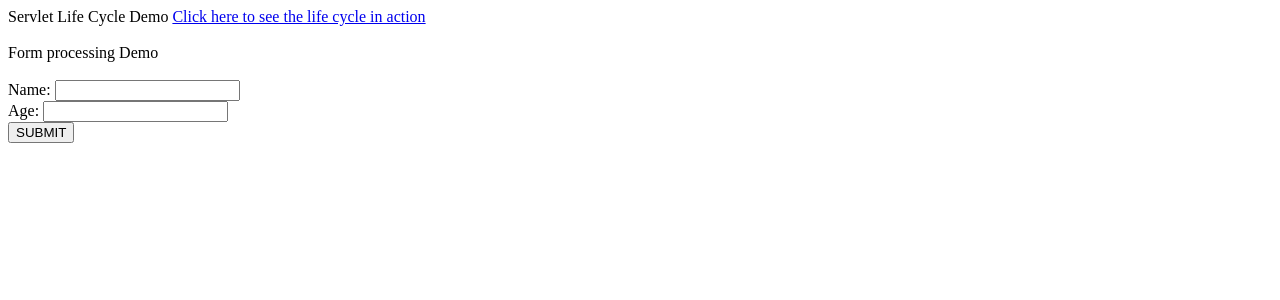
Repository: ashokwork1/slma
Page: ServletDemoWithWebXML/WebContent/index.html
An editor plug-in stored every save of this project. The page is shown before and after the next save, followed by the edit.
The browser window is 1280 px wide. The pictures show the whole page.

Above is the page before, as saved 2023-05-24 10:14:32.

After the next save:
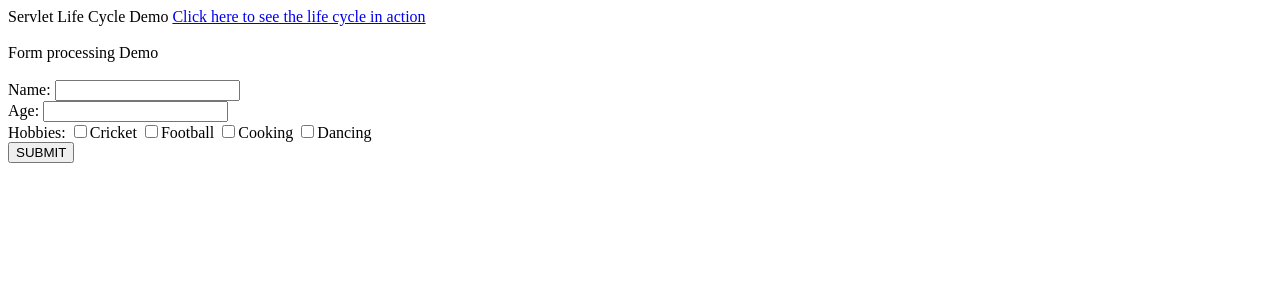
Saved 47 min 21 s later.
--- a/ServletDemoWithWebXML/WebContent/index.html
+++ b/ServletDemoWithWebXML/WebContent/index.html
@@ -9,5 +9,10 @@ Form processing Demo
 <form method=POST  action="life-cycle">
 <br>Name: <input name="name">
 <br>Age: <input name="age">
+<br> Hobbies:
+<input type=checkbox name="hobbies">Cricket
+<input type=checkbox name="hobbies">Football
+<input type=checkbox name="hobbies">Cooking
+<input type=checkbox name="hobbies">Dancing
 <br> <input type="submit" value="SUBMIT">
 </form>
